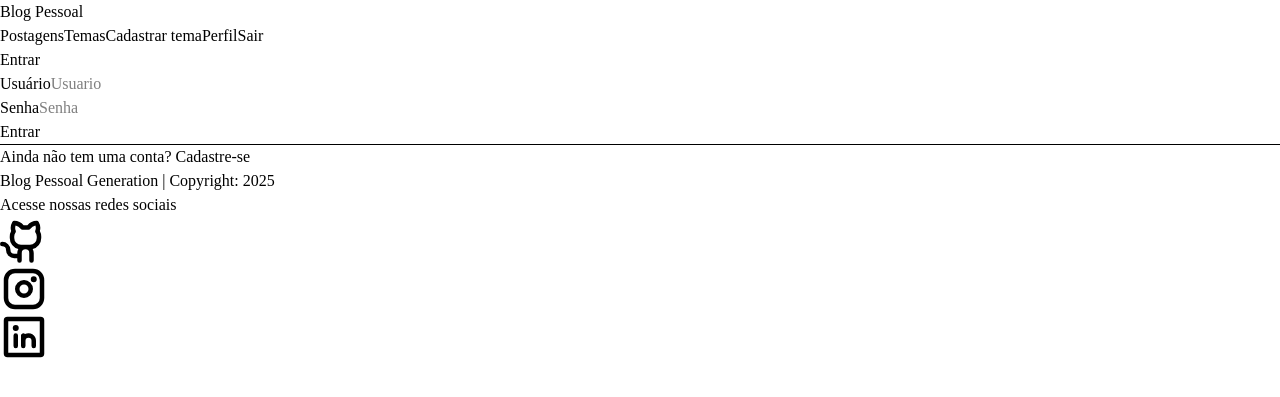
Repository: tauanesoares/blog
Page: /temas
An editor plug-in stored every save of this project. The page is shown before and after the next save, followed by the edit.
The browser window is 1280 px wide. The pictures show the whole page.
The page's requests for data from a server got no answer. The project was rebuilt for these pictures with package versions that can differ from the ones it lists, and the page was loaded fresh each time. No one was signed in, and anything a server would have sent is missing. Also part of the build but not shown: vite.config.ts, src/components/postagem/cardpostagem/CardPostagem.tsx, src/components/postagem/listapostagens/ListaPostagens.tsx, src/components/postagem/formpostagem/FormPostagem.tsx, src/components/postagem/modalpostagem/ModalPostagem.tsx, src/pages/home/Home.tsx, src/pages/cadastro/Cadastro.tsx, src/components/tema/cardtema/CardTema.tsx and 4 more.

Above is the page before, as saved 2025-11-03 08:09:50.

### index.html
<!doctype html>
<html lang="pt-br">
  <head>
    <meta charset="UTF-8" />
    <link rel="icon" type="image/svg+xml" href="https://i.imgur.com/f4KMCRp.png" />
    <meta name="viewport" content="width=device-width, initial-scale=1.0" />
    <title>Projeto blogpessoal</title>
  </head>
  <body>
    <div id="root"></div>
    <script type="module" src="/src/main.tsx"></script>
  </body>
</html>

### src/App.tsx
import Home from "./pages/home/Home";
import Navbar from "./components/navbar/Navbar";
import Footer from "./components/footer/Footer";
import { BrowserRouter, Route, Routes } from "react-router-dom";
import Cadastro from "./pages/cadastro/Cadastro";
import Login from "./pages/login/Login";
import { AuthProvider } from "./contexts/AuthContext";
import ListaTemas from "./components/tema/listatemas/ListaTemas";
import FormTema from "./components/tema/formtema/FormTema";
import DeletarTema from "./components/tema/deletartema/DeletarTema";
import ListaPostagens from "./components/postagem/listapostagens/ListaPostagens";
import FormPostagem from "./components/postagem/formpostagem/FormPostagem";
import DeletarPostagem from "./components/postagem/deletarpostagem/DeletarPostagem";
import Perfil from "./pages/perfil/Perfil";

function App() {
  return (
    <>
    <AuthProvider>
    <BrowserRouter>
        <Navbar />
          <div className="min-h-[80vh]">
            <Routes>
              <Route path="/" element={<Login />} />
              <Route path="/home" element={<Home />} />
              <Route path="/cadastro" element={<Cadastro />} />
              <Route path="/temas" element={<ListaTemas />} />
              <Route path="/cadastrartema" element={<FormTema />} />
              <Route path="/editartema/:id" element={<FormTema />} />
              <Route path="/deletartema/:id" element={<DeletarTema />} />
              <Route path="/postagens" element={<ListaPostagens />} />
              <Route path="/cadastrarpostagem" element={<FormPostagem />} />
              <Route path="/editarpostagem/:id" element={<FormPostagem />} />
              <Route path="/deletarpostagem/:id" element={<DeletarPostagem />} />
              <Route path="/perfil" element={<Perfil />} />
            </Routes>
          </div>
        <Footer />
    </BrowserRouter>
    </AuthProvider>
    </>
  );
}

export default App;

### src/components/navbar/Navbar.tsx
import { useContext } from 'react';
import {Link, useNavigate} from 'react-router-dom';
import { AuthContext } from '../../contexts/AuthContext';

function Navbar() {

    const navigate = useNavigate();
    const {handleLogout} = useContext(AuthContext);

    function logout(){
        handleLogout();
        alert('Usuário foi desconectado com sucesso');
        navigate('/');
    }

    return (
        <>
            <div className='w-full flex justify-center py-4
            			   bg-indigo-900 text-white'>

                <div className="container flex justify-between text-lg mx-8">
                    <Link to='/home' className="text-2xl font-bold">Blog Pessoal</Link>

                    <div className='flex gap-4'>
                        <Link to='/postagens' className='hover:underline'>Postagens</Link>
                        <Link to='/temas' className='hover:underline'>Temas</Link>
                        <Link to='/cadastrartema' className='hover:underline'>Cadastrar tema</Link>
                        <Link to='/perfil' className='hover:underline'>Perfil</Link>
                       <Link to='' onClick={logout} className='hover:underline'>Sair</Link>
                    </div>
                </div>
            </div>
        </>
    )
}

export default Navbar

### src/components/footer/Footer.tsx
import { InstagramLogoIcon, GithubLogoIcon, LinkedinLogoIcon } from "@phosphor-icons/react"


function Footer() {

    let data = new Date().getFullYear()

    return (
        <>
            <div className="flex justify-center bg-indigo-900 text-white">
                <div className="container flex flex-col items-center py-4">
                    <p className='text-xl font-bold'>
                            Blog Pessoal Generation | Copyright: {data}
                        </p>
                    <p className='text-lg'>Acesse nossas redes sociais</p>
                    <div className='flex gap-2'>
                        <a href="https://github.com/tauanesoares" target="_blank">
                            <GithubLogoIcon size={48} weight='bold' />
                        </a>
                         <a href="">
                            <InstagramLogoIcon size={48} weight='bold' />
                         </a>

                        <a href="">
                            <LinkedinLogoIcon size={48} weight='bold' />
                         </a>
                    </div>
                </div>
            </div>
        </>
    )
}

export default Footer

### src/pages/login/Login.tsx
import { Link, useNavigate } from "react-router-dom";
import { AuthContext } from "../../contexts/AuthContext";
import type UsuarioLogin from "../../models/UsuarioLogin";
import { useContext, useEffect, useState, type ChangeEvent, type FormEvent } from "react";
import { ClipLoader } from "react-spinners";

function Login() {
    const navigate = useNavigate();

  const {usuario, handleLogin, isLoading} = useContext(AuthContext)

  const [usuarioLogin, setUsuarioLogin] = useState<UsuarioLogin>({} as UsuarioLogin)

  useEffect(() => {
    if (usuario.token !== "") {
      navigate('/home')
    }
  }, [usuario])

  function atualizarEstado(e: ChangeEvent<HTMLInputElement>) {
    setUsuarioLogin({
      ...usuarioLogin,
      [e.target.name]: e.target.value
    })
  }

  function login(e: FormEvent<HTMLFormElement>) {
    e.preventDefault()
    handleLogin(usuarioLogin)
  }
    return (
        <>
            <div className="grid grid-cols-1 lg:grid-cols-2 h-screen place-items-center font-bold ">
                <form className="flex justify-center items-center flex-col w-1/2 gap-4"
                    onSubmit={login}>
                    <h2 className="text-slate-900 text-5xl ">Entrar</h2>
                    <div className="flex flex-col w-full">
                        <label htmlFor="usuario">Usuário</label>
                        <input
                            type="text"
                            id="usuario"
                            name="usuario"
                            placeholder="Usuario"
                            className="border-2 border-slate-700 rounded p-2"
                            value={usuarioLogin.usuario}
                            onChange={(e: ChangeEvent<HTMLInputElement>) => atualizarEstado(e)}
                        />
                    </div>
                    <div className="flex flex-col w-full">
                        <label htmlFor="senha">Senha</label>
                        <input
                            type="password"
                            id="senha"
                            name="senha"
                            placeholder="Senha"
                            className="border-2 border-slate-700 rounded p-2"
                            value={usuarioLogin.senha}
                            onChange={(e: ChangeEvent<HTMLInputElement>) => atualizarEstado(e)}
                        />
                    </div>
                    <button
                        type='submit'
                        className="rounded bg-indigo-400 flex justify-center
                                   hover:bg-indigo-900 text-white w-1/2 py-2">
                        {isLoading ?
                         <ClipLoader
                          color="#ffffff"
                           size={20}
                            /> :
                        <span>Entrar</span>
                        }
                    </button>

                    <hr className="border-slate-800 w-full" />

                   <p>
                        Ainda não tem uma conta?{' '}
                        <Link to="/cadastro" className="text-indigo-800 hover:underline">
                            Cadastre-se
                        </Link>
                    </p>
                </form>
                 <div className="bg-[url('https://i.imgur.com/ZZFAmzo.jpg')] lg:block hidden bg-no-repeat
                            w-full min-h-screen bg-cover bg-center"
                ></div>
            </div>
        </>
    );
}

export default Login;

### src/contexts/AuthContext.tsx
/* eslint-disable react-refresh/only-export-components */
import { createContext, useState, type ReactNode } from 'react';
import type UsuarioLogin from '../models/UsuarioLogin';
import { login } from '../services/Service';

// tipagem das funcionalidades que eu vou querer no meu contexto, essa é a ultima parte a ser preenchida, de acordo com o que eu precisar no projeto
interface AuthContextProps {
  usuario: UsuarioLogin;
  handleLogout(): void;
  handleLogin(usuario: UsuarioLogin): Promise<void>;
  isLoading: boolean;
}

// interface de tipagem padrão do context, esse cara sempre vai precisar estar aqui, desse jeito
interface AuthProviderProps {
  children: ReactNode;
}

// criação do contexto em si, é uma const que sempre vai receber o "createContext({} as AuthContextProps)"
export const AuthContext = createContext({} as AuthContextProps);

// criação da função de provedor do context, sempre vai receber o "({ children }: AuthProviderProps)"
export function AuthProvider({ children }: AuthProviderProps) {

  // criação do estado que vai armazenar os dados do usuário que vai fazer o login
  const [usuario, setUsuario] = useState<UsuarioLogin>({
    id: 0,
    nome: '',
    usuario: '',
    senha: '',
    foto: '',
    token: '',
  });

  // estado pra fazer o esqueminha de loading do botão
  const [isLoading, setIsLoading] = useState<boolean>(false);

  // função que envia os dados do usuario para o backend, e se tudo der certo, da msg de ok, senão, da msg de erro
  async function handleLogin(usuarioLogin: UsuarioLogin) {
    setIsLoading(true);

    try {
      await login('/usuarios/logar', usuarioLogin, setUsuario);
      alert('Logou!');
    } catch (error) {
      alert('Confira os dados de login e tente novamente.');
      console.log(error);
    }

    setIsLoading(false);
  }

  // função para deslogar o usuario, que simplesmente limpa todos os dados do estado, voltando ele pro estado original (sem token de acesso == não logado)
  function handleLogout() {
    setUsuario({
      id: 0,
      nome: '',
      usuario: '',
      senha: '',
      foto: '',
      token: '',
    });
  }

  return(
    <AuthContext.Provider value={{usuario, handleLogin, handleLogout, isLoading}}>
      {children}
    </AuthContext.Provider>
  )
}

### src/components/tema/listatemas/ListaTemas.tsx
/* eslint-disable @typescript-eslint/no-explicit-any */

import { useContext, useEffect, useState } from "react";
import { buscar } from "../../../services/Service";
import CardTema from "../cardtema/CardTema";
import type Tema from "../../../models/Tema";
import { useNavigate } from "react-router-dom";
import { AuthContext } from "../../../contexts/AuthContext";
import { SyncLoader } from "react-spinners";

function ListaTemas() {

    const [isLoading, setIsLoading] = useState<boolean>(false)

    const [temas, setTemas] = useState<Tema[]>([])

    const navigate = useNavigate()

  // desestruturação de objeto
  const {usuario, handleLogout} = useContext(AuthContext)
  const token = usuario.token

  useEffect(() => {
    // voltar o usuario pra tela de login
    if (token === '') {
      alert('Voce precisa estar logado!')
      navigate('/')
    }
  }, [token])

  useEffect(() => {
    buscarTemas()
  }, [temas.length])


  async function buscarTemas() {
    try {
      setIsLoading(true)
      // buscando pelos temas com autorização
      await buscar('/temas', setTemas, {
        headers: {
          Authorization: token
        }
      })
    } catch (error: any) {
      if(error.toString().includes('401')) {
        alert('Sessão expirada')
        handleLogout()
      }
      console.log(error);
    } finally {
      setIsLoading(false)
    }
  }

  return (
    <>

        <h2 className='text-center font-bold text-3xl'>Lista de temas</h2>
        {isLoading && (
        <div className='flex justify-center my-8'><SyncLoader size={32} color='#131515' /></div>
        )}

        {(!isLoading && temas.length === 0) && (
            <span className="text-3xl text-center my-8">
                Nenhum Tema foi encontrado!
            </span>
        )}
        <div className="grid grid-cols-1 md:grid-cols-2 lg:grid-cols-3 gap-4 mt-4 container mx-auto">
            {
            temas.map((tema) => (
                <CardTema key={tema.id} tema={tema}/>
            ))
            }
        </div>

    </>
  )
}

export default ListaTemas;

### src/services/Service.ts
import axios from 'axios';

const api = axios.create({
    baseURL: 'https://blogpessoal-umwc.onrender.com'
});

export const cadastrarUsuario = async (url: string, dados: Object, setDados: Function) => {
    const resposta = await api.post(url, dados);
    setDados(resposta.data);
}

export const login = async (url: string, dados: Object, setDados: Function) => {
    const resposta = await api.post(url, dados);
    setDados(resposta.data);
}
export const buscar = async (url: string, setDados: Function, header: Object) => {
    const resposta = await api.get(url, header)
    setDados(resposta.data)
}
export const cadastrar = async (url: string, dados: Object, setDados: Function, header: Object) => {
    const resposta = await api.post(url, dados, header)
    setDados(resposta.data)
}

export const atualizar = async (url: string, dados: Object, setDados: Function, header: Object) => {
    const resposta = await api.put(url, dados, header)
    setDados(resposta.data)
}
export const deletar = async (url: string, header: Object) => {
    await api.delete(url, header)
}

Loaded but not shown: src/main.tsx (common file); src/index.css (common file)

After the next save:
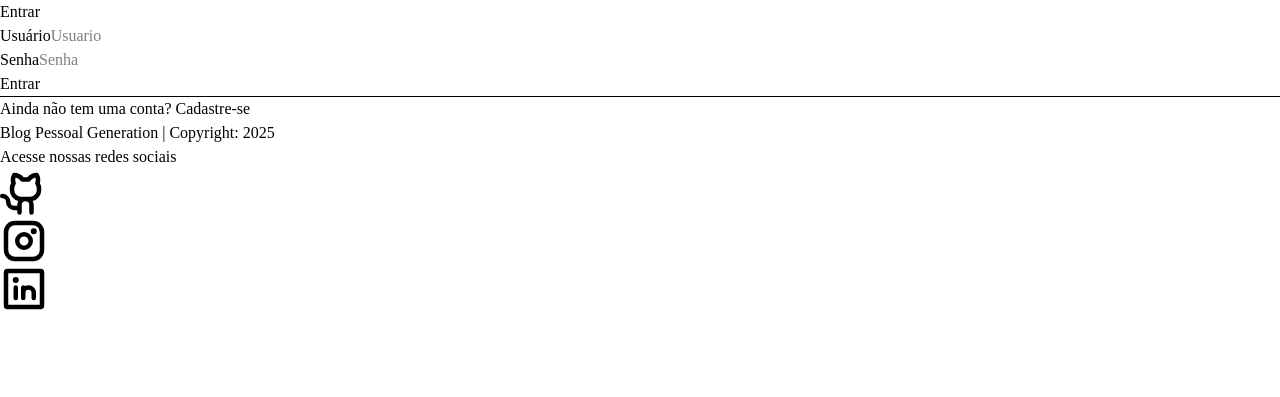
Saved 3 min 43 s later.
--- a/src/components/navbar/Navbar.tsx
+++ b/src/components/navbar/Navbar.tsx
@@ -1,37 +1,48 @@
-import { useContext } from 'react';
-import {Link, useNavigate} from 'react-router-dom';
-import { AuthContext } from '../../contexts/AuthContext';
+import { useContext, type ReactNode } from "react";
+import { Link, useNavigate } from "react-router-dom";
+import { AuthContext } from "../../contexts/AuthContext";
 
 function Navbar() {
 
-    const navigate = useNavigate();
-    const {handleLogout} = useContext(AuthContext);
+  const navigate = useNavigate();
 
-    function logout(){
-        handleLogout();
-        alert('Usuário foi desconectado com sucesso');
-        navigate('/');
-    }
+  const { usuario, handleLogout } = useContext(AuthContext);
 
-    return (
-        <>
-            <div className='w-full flex justify-center py-4
-            			   bg-indigo-900 text-white'>
+  function logout() {
 
-                <div className="container flex justify-between text-lg mx-8">
-                    <Link to='/home' className="text-2xl font-bold">Blog Pessoal</Link>
+    handleLogout()
+    alert('O Usuário foi desconectado com sucesso!')
+    navigate('/')
+  }
 
-                    <div className='flex gap-4'>
-                        <Link to='/postagens' className='hover:underline'>Postagens</Link>
-                        <Link to='/temas' className='hover:underline'>Temas</Link>
-                        <Link to='/cadastrartema' className='hover:underline'>Cadastrar tema</Link>
-                        <Link to='/perfil' className='hover:underline'>Perfil</Link>
-                       <Link to='' onClick={logout} className='hover:underline'>Sair</Link>
-                    </div>
-                </div>
-            </div>
-        </>
+  let component: ReactNode
+
+  if (usuario.token !== "") {
+
+    component = (
+
+      <div className='w-full flex justify-center py-4 bg-indigo-900 text-white'>
+
+        <div className='container flex justify-between text-lg mx-8'>
+          <Link to='/home' className='text-2xl font-bold'>Blog Pessoal</Link>
+
+          <div className='flex gap-4'>
+            <Link to='/postagens' className='hover:underline'>Postagens</Link>
+            <Link to='/temas' className='hover:underline'>Temas</Link>
+            <Link to='/cadastrartema' className='hover:underline'>Cadastrar tema</Link>
+            <Link to='/perfil' className='hover:underline'>Perfil</Link>
+            <Link to='' onClick={logout} className='hover:underline'>Sair</Link>
+          </div>
+        </div>
+      </div>
     )
+  }
+
+  return (
+    <>
+      { component }
+    </>
+  )
 }
 
 export default Navbar
